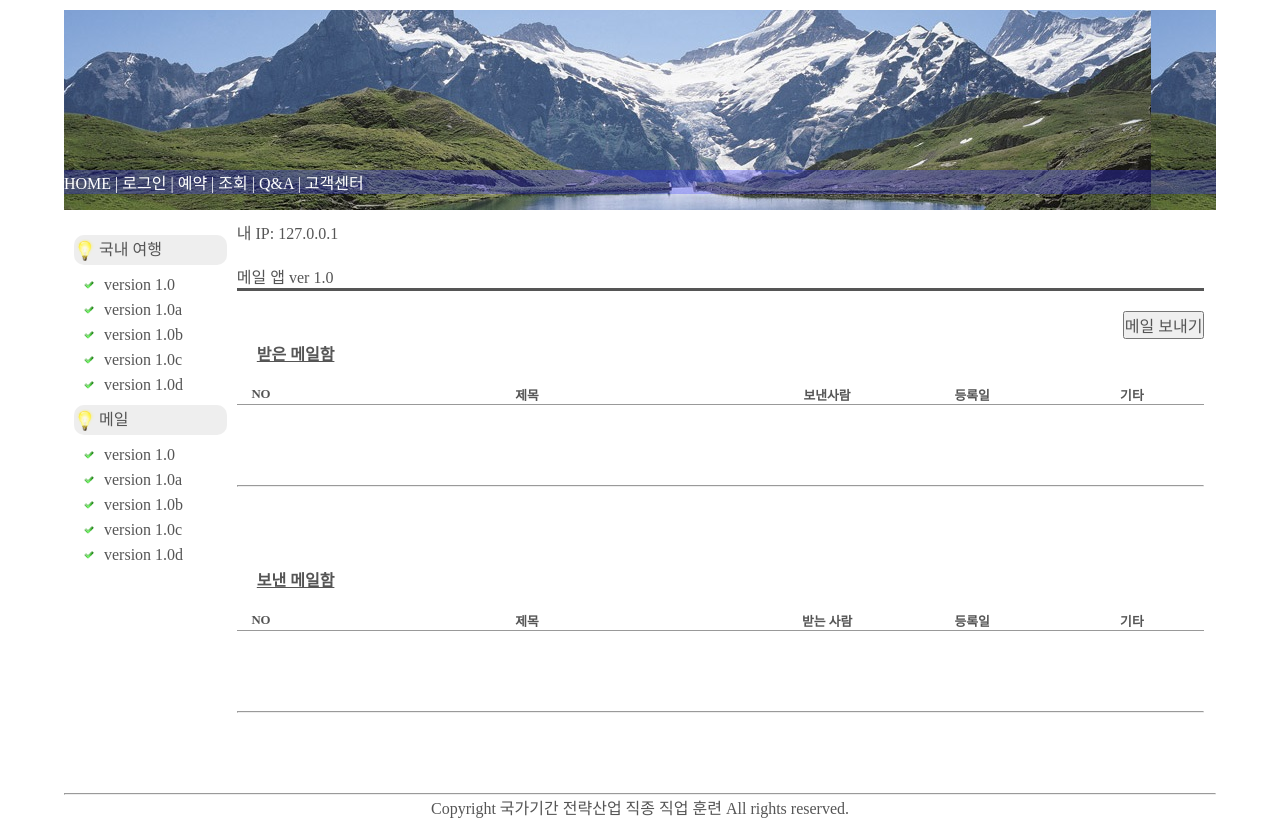
Repository: jangky000/ai_web
Page: http://localhost/blog_v2jc/mail_app/list.jsp
The author's editor kept a copy of each file at every save. The page is drawn from the files as they stood at one save, then again after the next save.
The browser window is 1280 px wide. The pictures show the whole page.
The page is served by Tomcat 9. Other server files are loaded and not shown. Queries for data that is not in the repository find no rows.

Above is the page before, as saved 2020-03-27 07:13:58.

### ws__frame/blog_v2jc/WebContent/mail_app/list.jsp
<%@ page contentType="text/html; charset=UTF-8" %>

<!-- MySQL에서 DBMS에 연결할때 쓰던 import 패키지와 구성이 같다. -->
 <!-- MovieDAO2.java 참조 -->
<%@ page import="java.sql.Connection" %>
<%@ page import=" java.sql.DriverManager" %>
<%@ page import="java.sql.PreparedStatement" %>
<%@ page import="java.sql.ResultSet" %>
<%@ page import="java.sql.SQLException" %>

<%
request.setCharacterEncoding("utf-8");
String root = request.getContextPath();
%>

<%
// 필요 변수 선언
Connection con = null;              // DBMS 연결
PreparedStatement pstmt = null; // SQL 실행
ResultSet rs = null;                   // SELECT 결과를 저장
StringBuffer sql = null;              // SQL 문장
int count = 0;                         // 처리된 레코드 갯수

// MYSQL
// String className = "org.gjt.mm.mysql.Driver"; // MySQL 연결 Driver
// String url = "jdbc:mysql://172.16.12.4:3306/javadb?useUnicode=true&characterEncoding=euckr"; //데이터베이스 javadb 사용

//Oracle, jdbc 연결
String className = "oracle.jdbc.driver.OracleDriver"; // Oracle 연결 Driver
String url = "jdbc:oracle:thin:@127.0.0.1:1521:XE"; //XE -> soldesk 등으로 달라질 수 있다.

String user = "ai6";
String password = "1234";
%>

<!DOCTYPE html>
<html lang="ko">
<head>
<meta charset="UTF-8">
<title>메일 앱</title>
<link href="<%=root%>/css/style.css" rel="Stylesheet" type="text/css">
</head>
<body>
<jsp:include page="/menu/top.jsp" flush='false' />

<%
out.print("<p>내 IP: " + request.getRemoteAddr() + "</p>");
String my_ip = request.getRemoteAddr();
/* out.print("<p>Remote Host: " + request.getRemoteHost() + "</p>"); */
/* out.print("<p>X-Forwarded-For: " + request.getHeader("x-forwarded-for") + "</p>"); */
%>

  <div class="title_line">메일 앱 ver 1.0</div>
  <div class="sub_menu">
    <button type="button" onclick="location.href='./create_form.jsp'">메일 보내기</button>
  </div>
  <table class="table_basic">
    <caption style="text-align: left; margin: 0 0 20px 20px; text-decoration: underline;"><h2>받은 메일함</h2></caption>
    <colgroup>
      <col style="width: 5%;">
      <col style="width: 50%;">
      <col style="width: 12%;">
      <col style="width: 18%;">
      <col style="width: 15%;">
    </colgroup>
    <thead>
      <tr>
        <th class="th_basic">NO</th>
        <th class="th_basic">제목</th>
        <th class="th_basic">보낸사람</th>
        <th class="th_basic">등록일</th>
        <th class="th_basic">기타</th>
      </tr>
    </thead>
    <tbody>
      <%
      try {
        Class.forName(className);
        con = DriverManager.getConnection(url, user, password );

        sql = new StringBuffer();
        sql.append(" SELECT mailno, title, content, mail_from, mail_to, rdate");
        sql.append(" FROM mail_app");
        sql.append(" WHERE mail_to = ?");
        sql.append(" ORDER BY mailno DESC");

        pstmt = con.prepareStatement(sql.toString());
        pstmt.setString(1, my_ip);
        rs = pstmt.executeQuery(); // SELECT문 실행: executeQuery() : return ResultSet 타입

        int n = 0;
        while(true) {
          if(rs.next() == true) {
            System.out.println(rs.getInt("mailno"));
            %>
            <tr>
              <td class="td_basic"><%= rs.getInt("mailno")%></td>
              <td class="td_left"><a href="./read.jsp?mailno=<%= rs.getInt("mailno")%>"><%= rs.getString("title")%></a></td>
              <td class="td_basic"><%= rs.getString("mail_from")%></td>
              <td class="td_basic"><%= rs.getString("rdate")%></td>
              <td class="td_basic">수정/삭제</td>
            </tr>
            <%
          }
          else {
            break;
          }
        }

      } catch (SQLException e) {
        System.out.println("SQL 실행 중 예외 발생");
        e.printStackTrace();
      } catch (ClassNotFoundException e) {
        System.out.println("JDBC 드라이버가 없습니다.");
        e.printStackTrace();
      } finally {
        try{ if (rs != null){ rs.close(); } }catch(Exception e){ }
        try{ if (pstmt != null){ pstmt.close(); } }catch(Exception e){ }
        try{ if (con != null){ con.close(); } }catch(Exception e){ }
      }
      %>
    </tbody>
  </table>

  <hr style="margin: 80px 0;">

  <table class="table_basic">
    <caption style="text-align: left; margin: 0 0 20px 20px; text-decoration: underline;"><h2>보낸 메일함</h2></caption>
    <colgroup>
      <col style="width: 5%;">
      <col style="width: 50%;">
      <col style="width: 12%;">
      <col style="width: 18%;">
      <col style="width: 15%;">
    </colgroup>
    <thead>
      <tr>
        <th class="th_basic">NO</th>
        <th class="th_basic">제목</th>
        <th class="th_basic">받는 사람</th>
        <th class="th_basic">등록일</th>
        <th class="th_basic">기타</th>
      </tr>
    </thead>
    <tbody>
      <%
      try {
        Class.forName(className);
        con = DriverManager.getConnection(url, user, password );

        sql = new StringBuffer();
        sql.append(" SELECT mailno, title, content, mail_from, mail_to, rdate");
        sql.append(" FROM mail_app");
        sql.append(" WHERE mail_from = ?");
        sql.append(" ORDER BY mailno DESC");

        pstmt = con.prepareStatement(sql.toString());
        pstmt.setString(1, my_ip);

        rs = pstmt.executeQuery(); // SELECT문 실행: executeQuery() : return ResultSet 타입

        int n = 0;
        while(true) {
          if(rs.next() == true) {
            System.out.println(rs.getInt("mailno"));
            %>
            <tr>
              <td class="td_basic"><%= rs.getInt("mailno")%></td>
              <td class="td_left"><a href="./read.jsp?mailno=<%= rs.getInt("mailno")%>"><%= rs.getString("title")%></a></td>
              <td class="td_basic"><%= rs.getString("mail_from")%></td>
              <td class="td_basic"><%= rs.getString("rdate")%></td>
              <td class="td_basic">수정/삭제</td>
            </tr>
            <%
          }
          else {
            break;
          }
        }

      } catch (SQLException e) {
        System.out.println("SQL 실행 중 예외 발생");
        e.printStackTrace();
      } catch (ClassNotFoundException e) {
        System.out.println("JDBC 드라이버가 없습니다.");
        e.printStackTrace();
      } finally {
        try{ if (rs != null){ rs.close(); } }catch(Exception e){ }
        try{ if (pstmt != null){ pstmt.close(); } }catch(Exception e){ }
        try{ if (con != null){ con.close(); } }catch(Exception e){ }
      }
      %>
    </tbody>
  </table>

 <hr style="margin: 80px 0;">

<jsp:include page="/menu/bottom.jsp" flush='false' />
</body>
</html>
</html>

### ws__frame/blog_v2jc/WebContent/menu/top.jsp
<%@ page contentType="text/html; charset=UTF-8" %>
<!-- jsp: include를 사용했기 때문에 root로 인한 충돌이 발생하지 않는다. -->
<% String root = request.getContextPath(); %>

<DIV class='container'>
  <DIV class='top_img'>
    <NAV class="top_menu">
      <a href="<%=root %>" class="menu_link">HOME</a> | 로그인 | 예약 | 조회 | Q&A | 고객센터
    </NAV>
  </DIV>

  <DIV style='margin-top: 10px;'> <!-- 좌측 메뉴 + 내용 시작 -->
    <DIV class='left_menu'> <!--  좌측 메뉴 시작 -->
      <div class="li_left_menu_1" >국내 여행</div>
      <UL>
         <!-- 모든 위치에서 동일한 주소를 찾아야하므로, 절대 경로로 설정 -->
        <LI class="li_left_menu_2"><a href="<%= request.getContextPath() %>/notice1/list.jsp">version 1.0</a></LI>
        <LI class="li_left_menu_2"><a href="<%= request.getContextPath() %>/notice1a/list.jsp">version 1.0a</a></LI>
        <LI class="li_left_menu_2"><a href="<%= request.getContextPath() %>/notice1b/list.jsp">version 1.0b</a></LI>
        <LI class="li_left_menu_2"><a href="<%= request.getContextPath() %>/notice1c/list.jsp">version 1.0c</a></LI>
        <LI class="li_left_menu_2"><a href="<%= request.getContextPath() %>/notice1d/list.jsp">version 1.0d</a></LI>
      </UL>
      <!-- br을 쓰는 것보다 margin으로 여백을 주는 것이 낫다 -->
      <div class="li_left_menu_1">메일</div>
      <UL>
        <LI class="li_left_menu_2"><a href="<%= request.getContextPath() %>/mail_app/list.jsp">version 1.0</a></LI>
        <LI class="li_left_menu_2"><a href="<%= request.getContextPath() %>/mail_app1a/list.jsp">version 1.0a</a></LI>
        <LI class="li_left_menu_2"><a href="<%= request.getContextPath() %>/mail_app1b/list.jsp">version 1.0b</a></LI>
        <LI class="li_left_menu_2"><a href="<%= request.getContextPath() %>/mail_app1c/list.jsp">version 1.0c</a></LI>
        <LI class="li_left_menu_2"><a href="<%= request.getContextPath() %>/mail_app1d/list.jsp">version 1.0d</a></LI>
      </UL>

    </DIV>  <!--  좌측 메뉴 종료 -->

    <DIV class='content_body'> <!--  내용 시작 -->

### ws__frame/blog_v2jc/WebContent/menu/bottom.jsp
<%@ page contentType="text/html; charset=UTF-8" %>

    </DIV> <!-- 내용 종료 -->
  </DIV> <!-- 좌측 메뉴 + 내용 종료 -->

  <!-- 화면 하단 메뉴 -->
  <DIV class='copyright'>
    <HR>
    Copyright 국가기간 전략산업 직종 직업 훈련 All rights reserved.
  </DIV>

</DIV> <!-- 컨테이너 종료 -->

### ws__frame/blog_v2jc/WebContent/css/style.css
/* ver 0.2 */
/* 모든 태그에 적용 */
  *{
     font-family: Malgun Gothic;
     font-size: 16px;
     margin: 0px;  /* top right bottom left */
     padding: 0px;
     color: #555555;
  }

  .container {
    width: 90%;
    margin: 10px auto;
  }

  /*
  이미지 경로 지정
  권장하지 않는 방법(절대경로): background-image: url('/blog_v2jc/css/images/top_image.jpg');
  권장하는 방법(상대경로): background-image: url('./images/top_image.jpg');
  style.css 파일이 include(link)되는 폴더를 현재 폴더로 인식함
  /blog_v2jc/css/style.css에서 사용
  /blog_v2jc/css/images/top_image.jpg 인식
   */
  .top_img {
    width: 100%;
    height: 200px;
    /* background-image: url('/blog_v2jc/menu/images/top_image.jpg'); */
    background-image: url('./images/top_image.jpg');
  }

  .top_menu {
    position: relative;  /* 부모 태그 기준 화면 상단 기준 */
    top: 80%;
    /* left: 2px;  */
    background-color: rgba(50, 50, 255, 0.3);
    color: white;
  }

  .left_menu {
    width: 15%;
    float: left;
  }

  .content_body {
    width: 84%;
    float: left;
  }

  .content_bottom {

  }

  .bottom_menu {
    text-align: center;
    margin: 20px auto;
    clear: both;
  }

  .copyright {
    text-align: center;
    margin: 20px auto; /* 블럭 가운데 정렬 */
    clear: both; /*  float: left; 해제 float 효과를 제거 */
  }

  .li_warning{/* 경고 메시지 */
    list-style: none;
    margin: 15px 10px;
    color: #ff6600;
  }

  .li_error{ /* 에러 메시지 */
    list-style: none;
    margin: 15px 10px;
    color: #FF0000;
  }

  .li_none{
    list-style: none;
    margin: 15px 10px;
  }

  .fieldset_basic{
    width:90%;
    margin:10px auto;
    border-top: none;
    border-right: none;
    border-bottom: none;
    border-left: none;
    padding: 10px;
  }

  .legend_basic{
    margin-left:30px;
    border:solid 1px #999999;
    background-color: #A6C2FF;
    color:#FFFFFF;
  }

  input:focus {outline:none;}
  .input_basic{
    border-top: none;
    border-right: none;
    border-bottom: solid 1px #999999;
    border-left: none;
  }

  .title_line{
    text-align:left;
    /* text-decoration: underline; */
    border-bottom: solid 3px #555555;
    width: 100%;
    margin: 20px auto;

  }

  .sub_menu{
    text-align: right;
    width: 100%;
  }

  .table_basic{
    border-collapse: collapse; /* 셀 합치기 */
    margin: 2px auto;
    width: 100%;
  }

  /*
    1em 기본값: 16px, 주변 태그의 글자 크기를 1em으로 인식
    div 태그가 20px일 경우 자식 태그가 0.5em이면 최종적으로 10px이 적용됨.
  */
  .th_basic{
    font-size: 0.8em;
    border-bottom: solid 1px #999999;
  }

  .td_basic{
    background-color: #ffffff;

    border-top: none;
    border-right: none;
    border-bottom: solid 1px #dddddd;
    border-left: none;

    text-align: center;
  }

  .td_left{
    background-color: #ffffff;

    border-top: none;
    border-right: none;
    border-bottom: solid 1px #dddddd;
    border-left: none;

    text-align: left;
  }

  A:link{  /* 방문전 상태 */
    text-decoration: none; /* 밑줄 삭제 */
    color: #555555;
  }

  A:visited{  /* 방문후 상태 */
    text-decoration: none; /* 밑줄 삭제 */
    color: #555555;
  }

  A:hover{  /* A 태그에 마우스가 올라간 상태 */
    text-decoration: underline; /* 밑줄 출력 */
    color: #7777FF;
  }

  A:active{  /* A 태그를 클릭한 상태 */
    text-decoration: underline; /* 밑줄 출력 */
    color: #7777FF;
  }

  /* top menu */
  .menu_link:link{  /* 방문전 상태 */
    text-decoration: none; /* 밑줄 삭제 */
    color: white;
  }

  .menu_link:visited{  /* 방문후 상태 */
    text-decoration: none; /* 밑줄 삭제 */
    color: white;
  }

  .menu_link:hover{  /* A 태그에 마우스가 올라간 상태 */
    text-decoration: underline; /* 밑줄 출력 */
    color: white;
    /* font-weight: bold; */
  }

  .menu_link:active{  /* A 태그를 클릭한 상태 */
    text-decoration: underline; /* 밑줄 출력 */
    color: white;
  }

  .content_title{
    border-top: none;
    border-right: none;
    border-bottom: solid 1px #999999;
    border-left: none;

    margin-bottom: 20px;
  }

  .content_bottom{
    border-top: none;
    border-right: none;
    border-bottom: none;
    border-left: none;
    margin: 20px 0;
    text-align: right;
    font-size: 0.8em;
  }

  .li_left_menu_1{/* 화면 좌측 대분류 */
    list-style: none;
    margin: 15px 10px;
    background: url(./images/li_left_menu_1.png) left center no-repeat; /* url 왼쪽 중간 반복x */
    background-color:#eeeeee;
    border-radius:10px;
    background-size: 22px;
    padding-left: 25px;
    line-height: 30px;
  }

  .li_left_menu_2{/* 화면 좌측 중분류 */
    list-style: none;
    margin: 15px 10px;
    background: url(./images/li_left_menu_2.png) left center no-repeat; /* url 왼쪽 중간 반복x */
    background-size: 10px;
    margin-left: 20px;
    padding-left: 20px;
    line-height: 10px;
  }

After the next save:
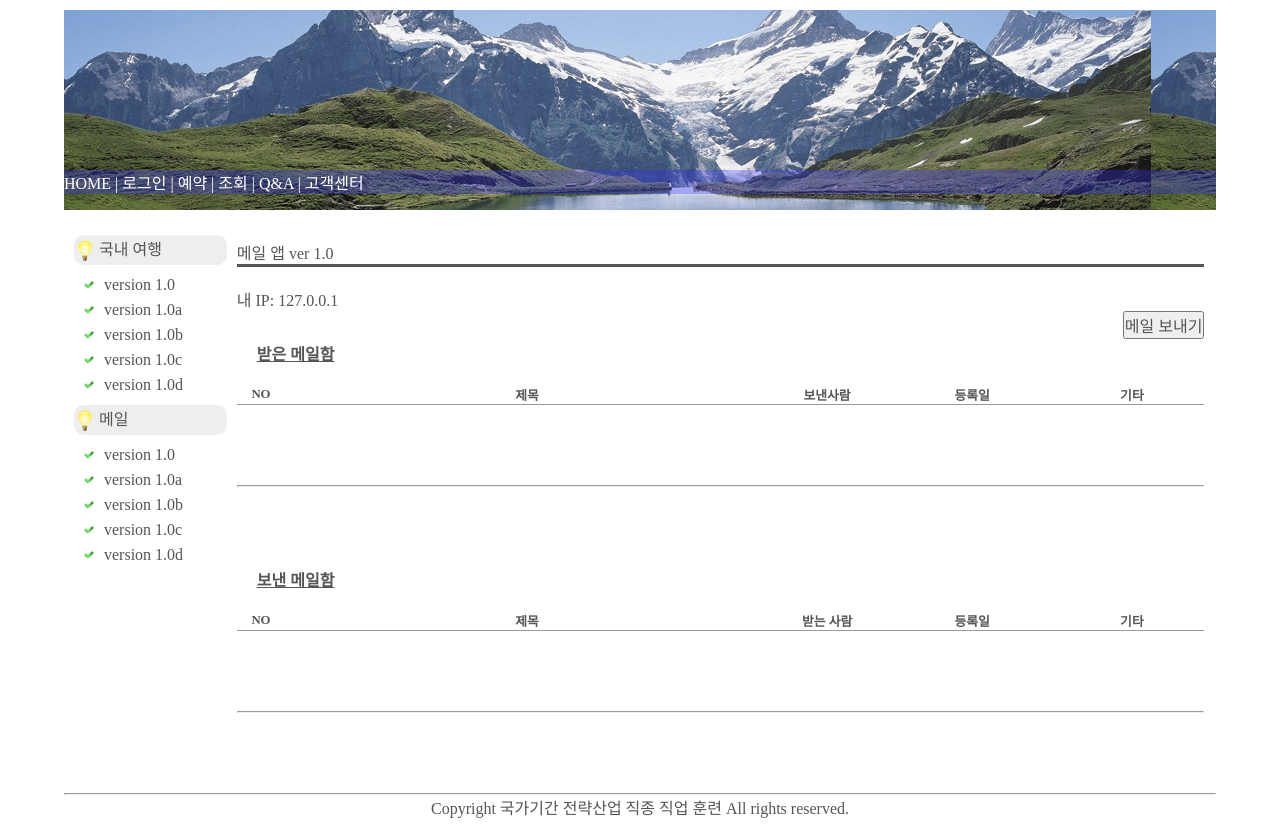
Saved 20 s later.
--- a/ws__frame/blog_v2jc/WebContent/mail_app/list.jsp
+++ b/ws__frame/blog_v2jc/WebContent/mail_app/list.jsp
@@ -42,15 +42,15 @@ String password = "1234";
 </head>
 <body>
 <jsp:include page="/menu/top.jsp" flush='false' />
-
-<%
-out.print("<p>내 IP: " + request.getRemoteAddr() + "</p>");
-String my_ip = request.getRemoteAddr();
-/* out.print("<p>Remote Host: " + request.getRemoteHost() + "</p>"); */
-/* out.print("<p>X-Forwarded-For: " + request.getHeader("x-forwarded-for") + "</p>"); */
-%>
-
   <div class="title_line">메일 앱 ver 1.0</div>
+
+  <%
+  out.print("<p>내 IP: " + request.getRemoteAddr() + "</p>");
+  String my_ip = request.getRemoteAddr();
+  /* out.print("<p>Remote Host: " + request.getRemoteHost() + "</p>"); */
+  /* out.print("<p>X-Forwarded-For: " + request.getHeader("x-forwarded-for") + "</p>"); */
+  %>
+
   <div class="sub_menu">
     <button type="button" onclick="location.href='./create_form.jsp'">메일 보내기</button>
   </div>
